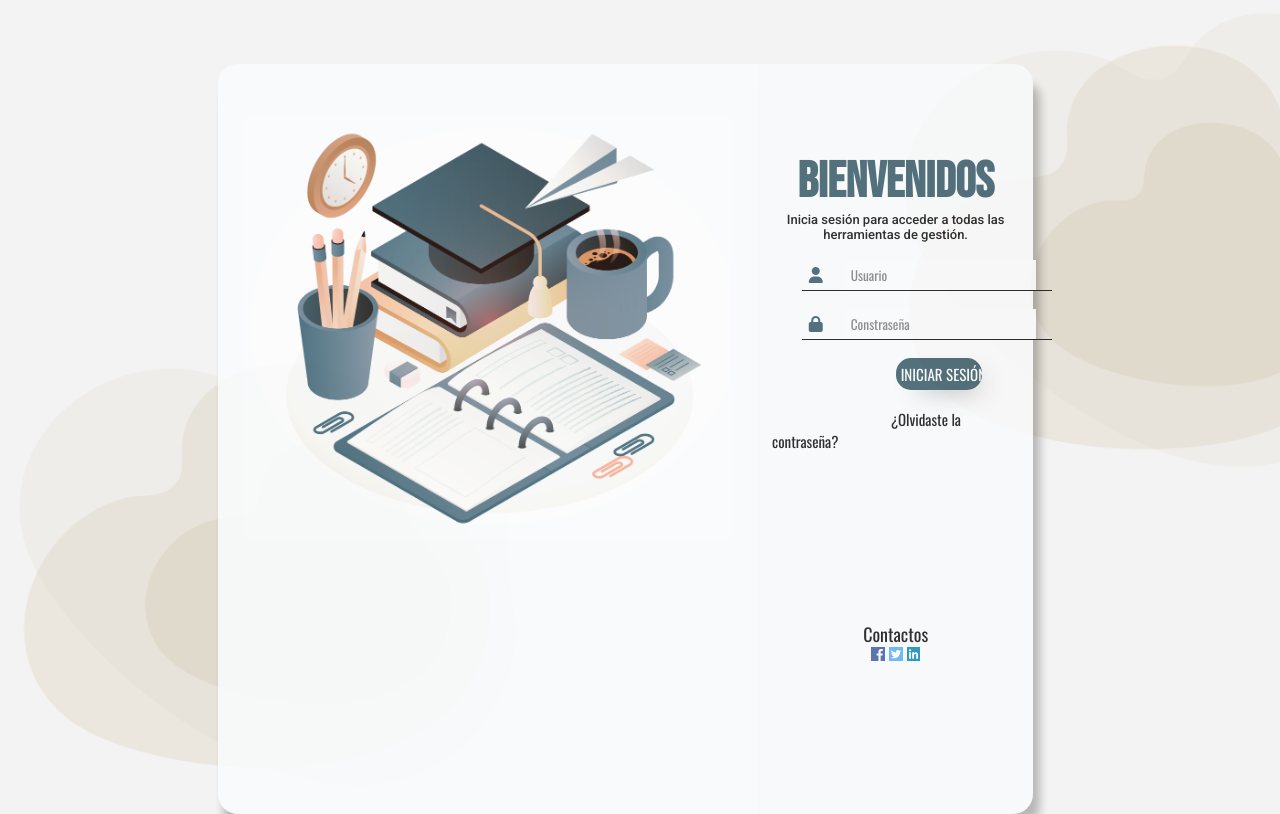
Repository: AlejandraBarrachina23/TPIntegrador_Barrachina_Java
Page: http://localhost/Alejandra_Barrachina_TP_Integrador1/login.jsp
These files come from the project's save history. The page is drawn as it stood at one moment and after the next save; the edit follows.
The browser window is 1280 px wide. The pictures show the whole page.
Some web fonts or font styles are not loaded; a fallback is used. Some web libraries are served in a nearby version. The page is served by Tomcat 9. Nobody is signed in. The application's start-up code is not run. Other server files are loaded and not shown.

Above is the page before, as saved 2019-12-16 01:25:53.

### Alejandra_Barrachina_TP_Integrador1/WebContent/login.jsp
<%@ page language="java" contentType="text/html; charset=ISO-8859-1"
    pageEncoding="ISO-8859-1"%>
 <%@page import="Dominio.Usuario"%>
<!DOCTYPE html>
<html>
<head>
<meta charset="ISO-8859-1">
<title>Sistema Universitario</title>
<link href="https://fonts.googleapis.com/css?family=Oswald:300,400&display=swap" rel="stylesheet">
<link href="https://fonts.googleapis.com/css?family=Staatliches&display=swap" rel="stylesheet">
<link href="https://fonts.googleapis.com/css?family=Fjalla+One&display=swap" rel="stylesheet">
<link href="https://fonts.googleapis.com/css?family=Bebas+Neue&display=swap" rel="stylesheet">
<link href="https://fonts.googleapis.com/css?family=Roboto:400,500&display=swap" rel="stylesheet">
<script src="https://kit.fontawesome.com/735f5623c2.js" crossorigin="anonymous"></script>
<link href="estilos.css" type="text/css" rel=stylesheet>
</head>
<body>
	<form id="form-login" method="post" action="serveletUsuario">
	<div id="form-login-left">
			<img src="img/fondo.png" alt="fondo-universidad">
		</div>
		<div id="form-login-right">
			<div id="login-informacion">
				<h1>Bienvenidos</h1>
				<p>Inicia sesión para acceder a todas las<br> herramientas de gestión.</p><br>
				<div class="text-box"><i class="fas fa-user"></i><input type="text" name="tboxUsuario" placeholder="Usuario" required></div><br>
				<div class="text-box"><i class="fas fa-lock"></i><input type="password" name="tboxContrasenia" placeholder="Constraseña" required></div><br>
				<input class="main-button" type="submit" name="btnLogin" value="INICIAR SESIÓN"><br><br>
				<a href="recuperacion.jsp">¿Olvidaste la contraseña?</a><br>
			</div>
			<label id="login-avisos"></label>
			<div id="login-contacto">
				<p>Contactos</p>
				<a href="https://es-la.facebook.com/UTNRegionalPacheco/" target=_blank><img src="img/facebook.svg" class="iconos-redes" alt="logo-facebook"></a>
				<a href="https://twitter.com/utnfrgpprensa?lang=es" target=_blank><img src="img/twitter.svg" class="iconos-redes" alt="logo-facebook"></a>
				<a href="https://ar.linkedin.com/company/utn-frgp" target=_blank><img src="img/linkedin.svg" class="iconos-redes" alt="logo-facebook"></a>
			</div>
		</div>
	</form>
<script>

let EstadoUsuario ='<%=session.getAttribute("EstadoLogin")%>';
let Aviso = document.getElementById("login-avisos");

	if (EstadoUsuario === 'No existe') Aviso.textContent= "EL USUARIO INGRESADO ES INCORRECTO";
	else if(EstadoUsuario ==="Contrasenia Incorrecta")Aviso.textContent= "LA CONTRASEÑA INGRESADA ES INCORRECTA";

</script>
</body>
</html>

### Alejandra_Barrachina_TP_Integrador1/WebContent/estilos.css
@charset "ISO-8859-1";


* {
	padding:0px;
	margin:0px;
	border:0px;
}

body {
		background-color:#f3f3f3;
		background-image: url(iconos/fondo.png);
		background-repeat: no-repeat;
 		background-size: cover;
 		html,body{
margin:0px;
height:100%;
}

}


/*=============================================================
      FORMULARIO LOGIN
 ============================================================== */

 #error-404 {

 	background-color:#fff;
 	width:65;
 	height:750px;;
 	margin	: 5% 17%;
 	box-shadow: 0px 18px 10px -6px rgba(0,0,0,0.31);
 	text-align:center;
 	font-family: 'Francois One', sans-serif;
 	border-radius: 15px;

 }

 #error-404 a{

	color:black;

 }

  #error-404 img {

  width:70%;

  }

  #error-404 h2 {

  font-size:50px;
  }


  #login-avisos {

  	color:red;
  	margin-left:25%;
  	font-size:12px;
  }

 #form-login {

	width:65%;
 	margin	: 5% 17%;

}

#form-login-right, #form-login-left {


	height:750px;
	float:left;
	background-color:#F9FBFC;

}

#form-login-left {

	width:65%;
	border-top-left-radius: 20px;
	border-bottom-left-radius: 20px;
	box-shadow: 0px 18px 10px -6px rgba(0,0,0,0.31);
	opacity:0.9;
}

#form-login-left img {

	width:90%;
	padding	: 10% 5%;

}

#form-login-right {

	width:33%;
	border-top-right-radius: 20px;
	border-bottom-right-radius: 20px;
	box-shadow: 13px 14px 10px -6px rgba(0,0,0,0.31);
	opacity:0.8;

}


h1 {

		font-size:50px;
		font-family: 'Bebas Neue', cursive;
		color:#2C5060;
		margin-top:30%;
		text-align:center;
}

p, #form-login-right a {

	font-family: 'Roboto', sans-serif;
	font-weight: 500;
	font-size: 13px;
	color:black;
	text-align:center;
}

.text-box {

	border-bottom: 1px solid black;
	width:250px;
	text-align: center;
	margin-left:12%;
}

.text-box i {

	float:left;
	color: #2C5060;
	padding:7px;
}

#form-login-right [type="text"], #form-login-right [type="password"]{

	padding:5px;
	width:180px;
	border:none;
	outline:none;
	background-color:#FAFCFD;
	font-family: 'Oswald', sans-serif;

}

.main-button {

	background-color: #2C5060;
	color:white;
	width:35%;
	font-size:15px;
	border-style:none;
	padding:5px;
	border-radius: 15px;
	border: 0px solid #000000;
	box-shadow: 10px 10px 25px -13px rgba(0,0,0,0.75);
	font-family: 'Oswald', sans-serif;
	margin-left: 50%;

}

.main-button:hover {

	background-color: #1a6373;
}

.iconos-redes {

	width:5%;

}


#login-informacion {

	width:90%;
	padding:5%;

}


#login-informacion a{

	font-family: 'Oswald', sans-serif;
	font-size:15px;
	margin-left:48%;
}

#login-contacto{

	margin-top:50%;
	text-align:center;
}


#login-contacto p {

	font-size:18px;
	font-family: 'Oswald', sans-serif;

}

#login-recuperacion{

	padding-top:20%;
	text-align:center;

}

.restart-button{

	background-color: #2C5060;
	color:white;
	width:35%;
	font-size:15px;
	border-style:none;
	padding:5px;
	border-radius: 15px;
	border: 0px solid #000000;
	box-shadow: 10px 10px 25px -13px rgba(0,0,0,0.75);
	font-family: 'Oswald', sans-serif;

}

#form-advertencia {

	width:100%;
	text-align:center;
	margin-top:50%;
	color:#E16C78;
	font-family: 'Oswald', sans-serif;

}

.icono-advertencia{

	margin-top:15%;
	padding:2%;
	width:30%;
	margin: 0 auto;

}

#form-advertencia p {

	color:#E16C78;
	font-size: 15px;
}

.blue{

	color:#30A9E3;
}


 /*=======================
      FORMULARIO INDEX
 ========================= */

 .section-principal{

	float:left;
	height:1100px;
	width:90%;
	background-color:#f3f3f3;
	color:black;
	text-align:center;
	margin-left:10%;
}

.section-principal select {

	font-family: 'Oswald', sans-serif;
	border:1px solid black;
	margin:5px;
	padding:2px;
	color:black;
}

.section-principal input{

	width:15%;
	padding:5px;
	border:1px solid black;
	font-family: 'Oswald', sans-serif;
}

.section-principal label{

	font-size:18px;
	font-family: 'Oswald', sans-serif;

}

.section-principal a{

	color:black;

}


nav {

	background-color:#2C5060;
	font-family: 'Francois One', sans-serif;
	width:10%;
	height:950px;
	font-size:15px;
	float:left;
	position:fixed;

}

 ul {

	list-sytle: none;
	width:100%;
}

a {

	text-decoration:none;
	color:white;

}

li:hover {

	border-left: solid 4px #2896BC;
	background-color: #2F5866;
	transition: background-color 0.3s;
	transition: border 0.3s;

}

ul li {

	border-left: solid 4px #2C5060;
	font-family: 'Oswald', sans-serif;
	padding:15px;
	border-bottom: 1px solid #2D5C6D;


}

.icon{

	width:13%;
	padding-right:5px;

}


#icon-usuario{

	width:40%;
}

li .icon{

	float:left;

}


#user {

	width:100%;
	margin-top:40%;
	text-align:center;
	padding: 10% 0%;
	border-bottom: 1px solid #2D5C6D;

}

#user h2{

	color:#fff;

}

#user p, #header-user p {

	font-size:15px;
	color:#fff;
	padding:8px;
	font-family: 'Oswald', sans-serif;
}

 /*=======================
      FORMULARIO ALUMNOS
 ========================= */


#logo{

	width:30%;
	height:150px;
	border-bottom: 1px solid white;
	color:white;
	text-align:center;
	margin-top:30px;
}

#alumnos-principal {

	background-color:#fff;
	width:83%;
	margin-left: 200px;
	height:300px;
	box-shadow: 10px 10px 25px -13px rgba(0,0,0,0.75);

}

#form-agregar-usuario {

	background-color: white;
	width:95%;
	height:200px;
	margin:20px;
	padding:10px;
	box-shadow: 10px 10px 25px -13px rgba(0,0,0,0.75);
	display: none;


}

#form-listado-alumnos,#form-cursos,#form-listado-calificaciones {

	background-color: white;
	width:97%;
	height:970px;
	margin:20px;
	padding:10px;
	box-shadow: 10px 10px 25px -13px rgba(0,0,0,0.75);

}

#form-cursos{

	background-color:#f3f3f3;
	box-shadow: none;
}

#btn-flecha {

	background-image: url("iconos/flecha.png");
	background-repeat: no-repeat;
	width:25px;
	height:25px;
	background-color:#2C5060;
	border: 0;
	float:right;

}

.dato {

	float:left;
	margin: 10px;
	width:23%;


}

.dato input {

		width: 200px;
		background: #f3f3f3;
		font: inherit;
		box-shadow: 0 6px 10px 0 rgba(0, 0, 0 , .1);
		border: 0;
		outline: 0;
		padding: 8px;

}

.encabezados {

	background-color:#2C5060;
	color:white;
	padding:10px;
	margin:10px;
	font-family: 'Oswald', sans-serif;

}



h3 {

	display:inline;

}

label {

	color:#2C5060;
	font-family: 'Open Sans', sans-serif;
	font-weight: 600;
	font-size: 10px;
}

.flecha {

	float:right;
}

.content-table{

	border-collapse:collapse;
	margin:20px 10px;
	font-size:0.9em;
	width:99%;
	min-width:600px;
	box-shadow: 7px 9px 23px -13px rgba(0,0,0,0.93);
	font-family: 'Roboto', sans-serif;

}

.content-table-cursos{

	border-collapse:collapse;
	margin:20px 10px;
	font-size:0.9em;
	width:50%;
	min-width:600px;
	box-shadow: 7px 9px 23px -13px rgba(0,0,0,0.93);
	font-family: 'Roboto', sans-serif;
}

.content-table th, .content-table-cursos {

	background-color:#2C5060;
	color:white;
	font-weight: 600;
	padding:12px;



}

.content-table tr,
.content-table td {

	padding:5px 5px;

}

.content-table td {

	border-bottom: 1px solid #dddddd;

}

.content-table tr:nth-of-type(even) {

	background-color:#f3f3f3;

}

.content-table tr:last-of-type {

	border-bottom: 3px solid #2C5060;

}

.content-table-cursos .content-fileter{

	width:50%;

}

.content-filter {

	background-color:#f3f3f3;
	width:100%;
	text-align:center;
	padding:10px;


}

.pie-pagina{

	float:left;
	margin-top:20px;
	text-align:right;
	width:100%;
}

 /*=======================
      FORMULARIO ALUMNOS
 ========================= */

#section-index{

	float:left;
	height:900px;
	width:100%;
	margin:1px 1px;
	text-align:center;

}

#index-encabezado{

	background-color:#2C5060;
	text-align:center;
	height:295px;
	width:100%;

}

#section-index img {

	width:50%;

}

#index-descripcion {

	box-shadow: 10px 10px 25px -13px rgba(0,0,0,0.75);
	font-family: 'Roboto', sans-serif;
	background-color:#fff;
}


#index-descripcion-encabezado{

	text-align:center;
	background-color:#fff;

}

#index-descripcion-encabezado img{

	width:50%;

}

#index-descripcion-encabezado h2{

	font-size:50px;
	font-family: 'Francois One', sans-serif;
	color:#2C5060;

}

#index-descripcion-encabezado p{

	font-size:15px;
	font-family: 'Francois One', sans-serif;
	color:#2C5060;

}

#index-descripcion-contenido{

	text-align:center;
	height:430px;
	padding-left:220px;
}

#index-descripcion-contenido-profesores{


	height:430px;
	width:100%;


}

#index-descripcion-contenido-profesores .index-item-descripcion{

	width:18%;
	height:300px;
	float:left;
	margin-left:40%;

}

.index-item-descripcion {

	width:18%;
	height:300px;
	float:left;
	margin:30px;

}

.index-item-descripcion img {

	width:40%;
	padding:0% 20%;
	margin:0% 5%;
}

.index-item-descripcion h3 {

	font-size:25px;
	font-family: 'Oswald', sans-serif;

}

.index-item-descripcion p {

	font-size:15px;

}

.btn-index {

	padding:10px;
	margin:10px 38px;
	background-color: #2C5060;
	font-family: 'Oswald', sans-serif;
	font-size:20px;
	color:#fff;
	width:60%;
	box-shadow: 10px 10px 25px -13px rgba(0,0,0,0.75);
	float:left;
	text-align:center;

}

.modal-fondo {

	background: rgba(0,0,0,0.3);
	position:fixed;
	top:0;
	bottom:0;
	left:0;
	right:0;
	display:flex;
	align-items:center;
	justify-content:center;
	visibility:hidden;

}

.modal-fondo.active{

	visibility:visible;
}

.modal-contenido {

	background-color:#fff;
	box-shadow: 10px 10px 25px -13px rgba(0,0,0,0.75);
	width:20%;
	border: 3px solid #2C5060;
	padding-bottom: 15px;
}

.modal-contenido .btn-modal {

	width:30%;
	color:white;
	background-color: #2C5060;
	font-size:20px;
	padding:5px;
	margin:5px;

}

.modal-contenido [type="text"] {

	width:70%;
	font-size: 13px;
	margin-bottom:15px;

}

.modal-contenido h3 {

	font-size: 20px;
	font-family: 'Oswald', sans-serif;
	background-color:#2C5060;
	display:block;
	color:#fff;
	padding:8px;

}

.modal-contenido label {

	font-size: 15px;
	font-family: 'Roboto', sans-serif;
}

.modal-contenido select, .modal-contenido [type="date"], .modal-contenido [type="email"], .modal-contenido [type="number"] {

	font-family: 'Oswald', sans-serif;
	border:1px solid black;
	margin:5px;
	padding:2px;
	width:74%;
	padding:1%;
	color:black;

}

.modal-contenido [type="date"], .modal-contenido [type="email"], .modal-contenido [type="number"]{

	width:71%;

}

.opciones {

	color:black;
	background-color:#fff;

}

.btnFormulario {

	width:12%;
	padding:10px;
	font-size: 15px;
	font-family: 'Oswald', sans-serif;
	border-radius: 8px;
	background-color:#2C5060;
	color:white;
	float:right;
	border:0;
	margin:8px;
}

td .btn-modificar {

	width:22%;
	height:32px;
	background-image:url(iconos/modificar.png);
	background-repeat: no-repeat;
	border:none;
	background-color:inherit;
}

td .btn-eliminar {

	width:22%;
	height:32px;
	background-image:url(iconos/borrar.png);
	background-repeat: no-repeat;
	border:none;
	background-color:inherit;

}

td .btn-mostrar {

	width:12%;
	height:32px;
	background-color:blue;
	background-image:url(iconos/mostrar.png);
	background-repeat: no-repeat;
	border:none;
	background-color:inherit;
}

td .btn-calificaciones {

	width:12%;
	height:32px;
	background-image:url(iconos/notas.png);
	background-repeat: no-repeat;
	border:none;
	background-color:inherit;
}

/*=============================================================
      FORMULARIO CURSOS
 ============================================================== */

#form-curso-izquierda{

	background-color: #fff;
	width:38%;
	float:left;
	color:black;
	padding:0px 5%;
	box-shadow: 10px 10px 25px -13px rgba(0,0,0,0.75);
}

#form-curso-derecha{

	width:38%;
	float:left;
	box-shadow: 10px 10px 25px -13px rgba(0,0,0,0.75);
	padding:5px 5%;
	margin-left:2%;
	background-color:#fff;

}

#form-curso-izquierda [type="text"], #form-curso-izquierda select{

	padding:5px;
	width:180px;
	background-color:#FAFCFD;
	font-family: 'Roboto', sans-serif;
	font-size: 12px;
	color:black;

}

#form-curso-izquierda label {

	font-size:18px;
	display: block;
	witdh:20px;
}

.form-cursos-encabezado-izquierda{

	background-color: #2C5060;
	width:100%;
	margin: 20px 0px;
	padding:1px;


}

.form-cursos-encabezado-izquierda h2{

	color:white;
	padding:2px;
	font-family: 'Oswald', sans-serif;
}

#form-curso-derecha #listado-alumnos {

	text-align:center;
	width:100%;

}

#form-curso-derecha #listado-alumnos li {

	font-size:15px;
	padding:0;
	width:20%;
	border:none;
	background-color:none;
	margin-left:40%;
	list-style: none;



}

#form-curso-derecha #listado-alumnos li:hover {

	background-color:white;
}

/*=============================================================
      FORMULARIO CALIFICACIONES
 ============================================================== */

.busqueda-califaciones{

	width:98%;
	margin:1%;
	box-shadow: 0px 18px 10px -6px rgba(0,0,0,0.31);
	background-color:#fff;
	padding-bottom:2%;

}

.busqueda-califaciones h2{

	width:99%;
	background-color:blue;
	color:#fff;
	background-color:#2C5060;
	font-family: 'Oswald', sans-serif;
	padding:0.5%;
	margin-bottom:1%;

}

#form-listado-calificaciones h2{

	color:#fff;
	background-color:#2C5060;
	font-family: 'Oswald', sans-serif;
	width:99%;
	padding:0.5%;

}


/*=============================================================
      FORMULARIO REPORTES
 ============================================================== */


#form-reportes{

	background-color: #f3f3f3;
	width:97%;
	height:970px;
	margin:20px;
	padding:10px;

}

#form-reportes-fila-uno{

	width:85%;
	height:250px;
	padding-left: 15%;

}

.fila-uno-items{

	width:15%;
	height:190px;
	float:left;
	margin:1%;
	box-shadow: 0px 18px 10px -6px rgba(0,0,0,0.31);
	background-color:#fff;
	padding:1%;
	border-radius:10px;

}

.fila-uno-items img {

	width:40%;
	padding:3%;


}

.fila-uno-items h2 {

	font-family: 'Oswald', sans-serif;
	font-size:20px;

}

.fila-uno-items p {

	font-size:25px;
	font-family: 'Francois One', sans-serif;
	color:#2C5060;

}

.fila-uno-items-pie{

	padding:2%;
	margin-left:25%;
}

.fila-uno-items-pie img {

	width:12%;
	float:left;
}


.fila-uno-items-pie p {

	font-size:20px;
	float:left;

}

#form-reportes-fila-dos{

	width:100%;
	margin-top:3%;
	height:500px;


}

.form-reportes-graficos{

	width:25%;
	background-color:#fff;
	float:left;
	box-shadow: 0px 18px 10px -6px rgba(0,0,0,0.31);
	margin:3% 1%;
	padding:3%;
	border-radius:5px;
}

.form-reportes-graficos h3 {

	font-family: 'Oswald', sans-serif;
	margin:5%;
}

#form-reportes-fila-dos h2, #form-reportes-fila-tres h2{

	font-family: 'Oswald', sans-serif;
	background-color:#2C5060;
	color:white;
	width:99.5%;
	padding:0.5%;

}

.fila-uno-items-pie{

	border-top: 1px solid #f3f3f3;

}

#form-reportes-fila-tres {

	width:100%;
	heigth:300px;

}

.reporte-fila-tres-promedio{

	width:39%;
	float:left;
	text-align:center;
	margin:0.5%;
	background-color:#fff;
	box-shadow: 0px 18px 10px -6px rgba(0,0,0,0.31);
	padding:0.5% 5%;

}

.reporte-fila-tres-promedio h3{

	font-family: 'Oswald', sans-serif;
}

#form-reportes-fila-tres .content-table {

	width:100%;
	float:left;
	padding:20px;
	margin:3% 6%;

}

.resultado-busqueda{

	width:98%;
	heigth:500px;
	background-color:#fff;
	overflow:hidden;
	margin-left:1%;
}

.resultado-busqueda-asistencias{

	width:98%;
	heigth:500px;
	overflow:hidden;
	margin-left:1%;

}

.tabla-resultado-busqueda{

	width:60%;
	float:left;
	margin: 1% 20%;

}

.resultado-busqueda-asistencias .tabla-resultado-busqueda{

	width:30%;
	float:left;
	margin: 1% 20%;
}


.titulos {

	background-color:#2C5060;
	color:#fff;
	padding:0.5%;
	font-family: 'Oswald', sans-serif;

}

.form-reportes-graficos-asistencias{

	width:30%;
}


.form-reportes-graficos-asistencias h3{

	font-family: 'Oswald', sans-serif;
}

.resultado-busqueda-asistencias .graficos-resultado-busqueda .form-reportes-graficos-asistencias{

	margin-left:35%;
	margin-top:1%;
}

.resultado-busqueda-asistencias .tabla-resultado-busqueda{

	margin-left:32%;
	margin-top:1%;
}

### Alejandra_Barrachina_TP_Integrador1/WebContent/img/facebook.svg
<?xml version="1.0" encoding="iso-8859-1"?>
<!-- Generator: Adobe Illustrator 18.0.0, SVG Export Plug-In . SVG Version: 6.00 Build 0)  -->
<!DOCTYPE svg PUBLIC "-//W3C//DTD SVG 1.1//EN" "http://www.w3.org/Graphics/SVG/1.1/DTD/svg11.dtd">
<svg version="1.1" id="Capa_1" xmlns="http://www.w3.org/2000/svg" xmlns:xlink="http://www.w3.org/1999/xlink" x="0px" y="0px"
	 viewBox="0 0 455.73 455.73" style="enable-background:new 0 0 455.73 455.73;" xml:space="preserve">
<path style="fill:#3A559F;" d="M0,0v455.73h242.704V279.691h-59.33v-71.864h59.33v-60.353c0-43.893,35.582-79.475,79.475-79.475
	h62.025v64.622h-44.382c-13.947,0-25.254,11.307-25.254,25.254v49.953h68.521l-9.47,71.864h-59.051V455.73H455.73V0H0z"/>
<g>
</g>
<g>
</g>
<g>
</g>
<g>
</g>
<g>
</g>
<g>
</g>
<g>
</g>
<g>
</g>
<g>
</g>
<g>
</g>
<g>
</g>
<g>
</g>
<g>
</g>
<g>
</g>
<g>
</g>
</svg>

### Alejandra_Barrachina_TP_Integrador1/WebContent/img/twitter.svg
<?xml version="1.0" encoding="iso-8859-1"?>
<!-- Generator: Adobe Illustrator 18.0.0, SVG Export Plug-In . SVG Version: 6.00 Build 0)  -->
<!DOCTYPE svg PUBLIC "-//W3C//DTD SVG 1.1//EN" "http://www.w3.org/Graphics/SVG/1.1/DTD/svg11.dtd">
<svg version="1.1" id="Capa_1" xmlns="http://www.w3.org/2000/svg" xmlns:xlink="http://www.w3.org/1999/xlink" x="0px" y="0px"
	 viewBox="0 0 455.731 455.731" style="enable-background:new 0 0 455.731 455.731;" xml:space="preserve">
<g>
	<rect x="0" y="0" style="fill:#50ABF1;" width="455.731" height="455.731"/>
	<path style="fill:#FFFFFF;" d="M60.377,337.822c30.33,19.236,66.308,30.368,104.875,30.368c108.349,0,196.18-87.841,196.18-196.18
		c0-2.705-0.057-5.39-0.161-8.067c3.919-3.084,28.157-22.511,34.098-35c0,0-19.683,8.18-38.947,10.107
		c-0.038,0-0.085,0.009-0.123,0.009c0,0,0.038-0.019,0.104-0.066c1.775-1.186,26.591-18.079,29.951-38.207
		c0,0-13.922,7.431-33.415,13.932c-3.227,1.072-6.605,2.126-10.088,3.103c-12.565-13.41-30.425-21.78-50.25-21.78
		c-38.027,0-68.841,30.805-68.841,68.803c0,5.362,0.617,10.581,1.784,15.592c-5.314-0.218-86.237-4.755-141.289-71.423
		c0,0-32.902,44.917,19.607,91.105c0,0-15.962-0.636-29.733-8.864c0,0-5.058,54.416,54.407,68.329c0,0-11.701,4.432-30.368,1.272
		c0,0,10.439,43.968,63.271,48.077c0,0-41.777,37.74-101.081,28.885L60.377,337.822z"/>
</g>
<g>
</g>
<g>
</g>
<g>
</g>
<g>
</g>
<g>
</g>
<g>
</g>
<g>
</g>
<g>
</g>
<g>
</g>
<g>
</g>
<g>
</g>
<g>
</g>
<g>
</g>
<g>
</g>
<g>
</g>
</svg>

### Alejandra_Barrachina_TP_Integrador1/WebContent/img/linkedin.svg
<?xml version="1.0" encoding="iso-8859-1"?>
<!-- Generator: Adobe Illustrator 18.0.0, SVG Export Plug-In . SVG Version: 6.00 Build 0)  -->
<!DOCTYPE svg PUBLIC "-//W3C//DTD SVG 1.1//EN" "http://www.w3.org/Graphics/SVG/1.1/DTD/svg11.dtd">
<svg version="1.1" id="Capa_1" xmlns="http://www.w3.org/2000/svg" xmlns:xlink="http://www.w3.org/1999/xlink" x="0px" y="0px"
	 viewBox="0 0 455.731 455.731" style="enable-background:new 0 0 455.731 455.731;" xml:space="preserve">
<g>
	<rect x="0" y="0" style="fill:#0084B1;" width="455.731" height="455.731"/>
	<g>
		<path style="fill:#FFFFFF;" d="M107.255,69.215c20.873,0.017,38.088,17.257,38.043,38.234c-0.05,21.965-18.278,38.52-38.3,38.043
			c-20.308,0.411-38.155-16.551-38.151-38.188C68.847,86.319,86.129,69.199,107.255,69.215z"/>
		<path style="fill:#FFFFFF;" d="M129.431,386.471H84.71c-5.804,0-10.509-4.705-10.509-10.509V185.18
			c0-5.804,4.705-10.509,10.509-10.509h44.721c5.804,0,10.509,4.705,10.509,10.509v190.783
			C139.939,381.766,135.235,386.471,129.431,386.471z"/>
		<path style="fill:#FFFFFF;" d="M386.884,241.682c0-39.996-32.423-72.42-72.42-72.42h-11.47c-21.882,0-41.214,10.918-52.842,27.606
			c-1.268,1.819-2.442,3.708-3.52,5.658c-0.373-0.056-0.594-0.085-0.599-0.075v-23.418c0-2.409-1.953-4.363-4.363-4.363h-55.795
			c-2.409,0-4.363,1.953-4.363,4.363V382.11c0,2.409,1.952,4.362,4.361,4.363l57.011,0.014c2.41,0.001,4.364-1.953,4.364-4.363
			V264.801c0-20.28,16.175-37.119,36.454-37.348c10.352-0.117,19.737,4.031,26.501,10.799c6.675,6.671,10.802,15.895,10.802,26.079
			v117.808c0,2.409,1.953,4.362,4.361,4.363l57.152,0.014c2.41,0.001,4.364-1.953,4.364-4.363V241.682z"/>
	</g>
</g>
<g>
</g>
<g>
</g>
<g>
</g>
<g>
</g>
<g>
</g>
<g>
</g>
<g>
</g>
<g>
</g>
<g>
</g>
<g>
</g>
<g>
</g>
<g>
</g>
<g>
</g>
<g>
</g>
<g>
</g>
</svg>

After the next save:
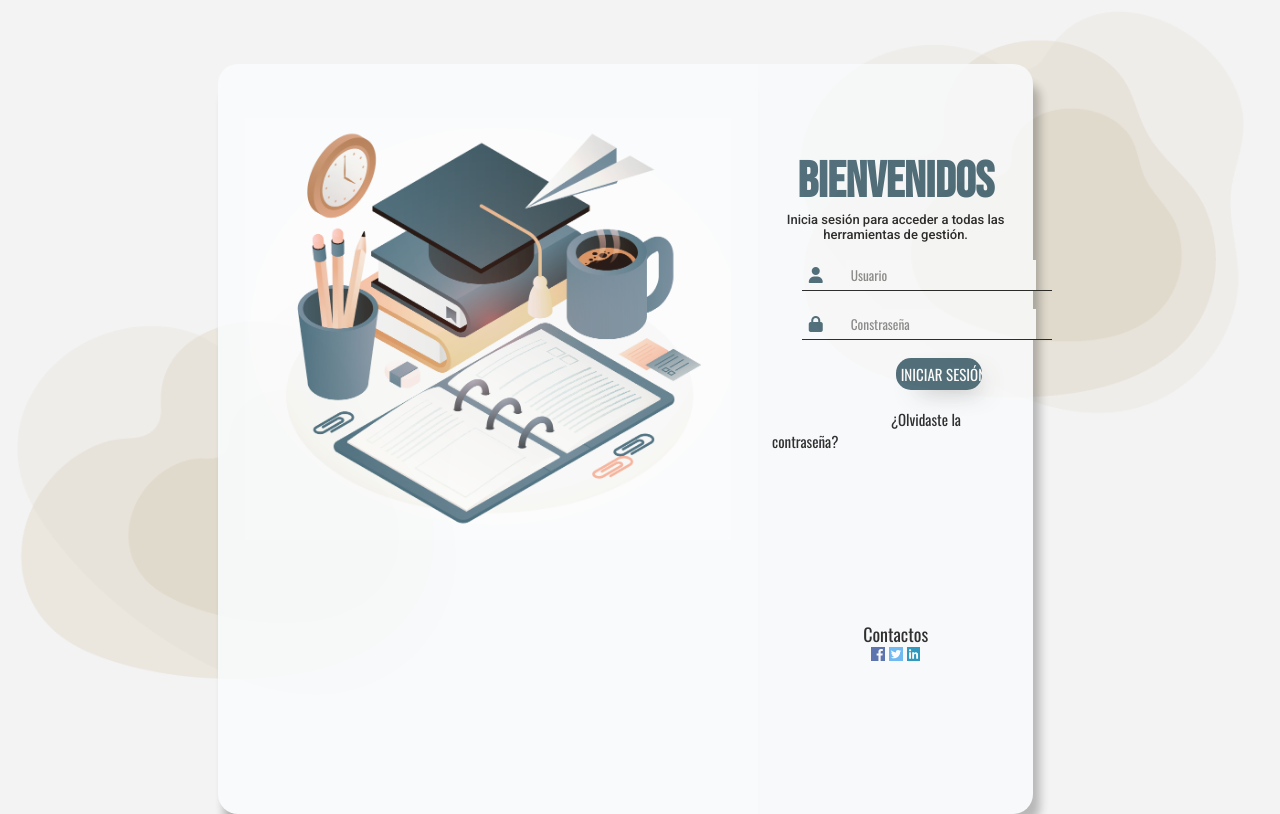
Saved 6 s later.
--- a/Alejandra_Barrachina_TP_Integrador1/WebContent/estilos.css
+++ b/Alejandra_Barrachina_TP_Integrador1/WebContent/estilos.css
@@ -12,11 +12,13 @@ body {
 		background-image: url(iconos/fondo.png);
 		background-repeat: no-repeat;
  		background-size: cover;
- 		html,body{
+
+
+}
+
+html,body{
 margin:0px;
 height:100%;
-}
-
 }
 
 
